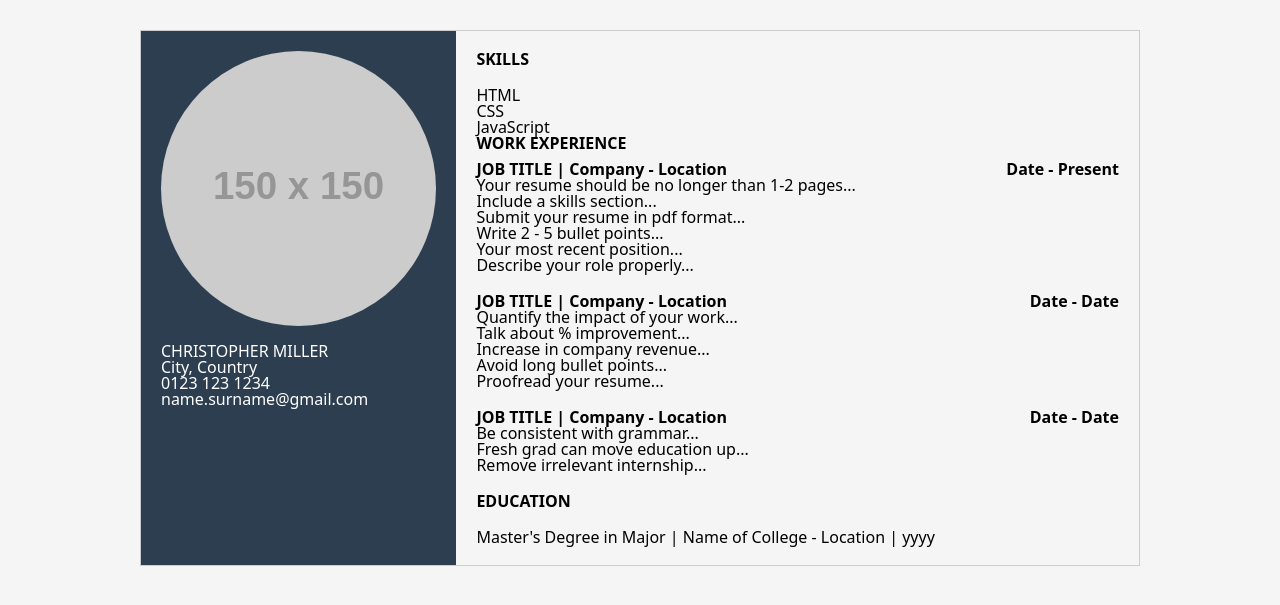
Repository: doanhieu0707/Homework-Day-5
Page: cv-flex.html
These files come from the project's save history. The page is drawn as it stood at one moment and after the next save; the edit follows.
The browser window is 1280 px wide. The pictures show the whole page.

Above is the page before, as saved 2026-04-22 14:42:24.

After the next save:
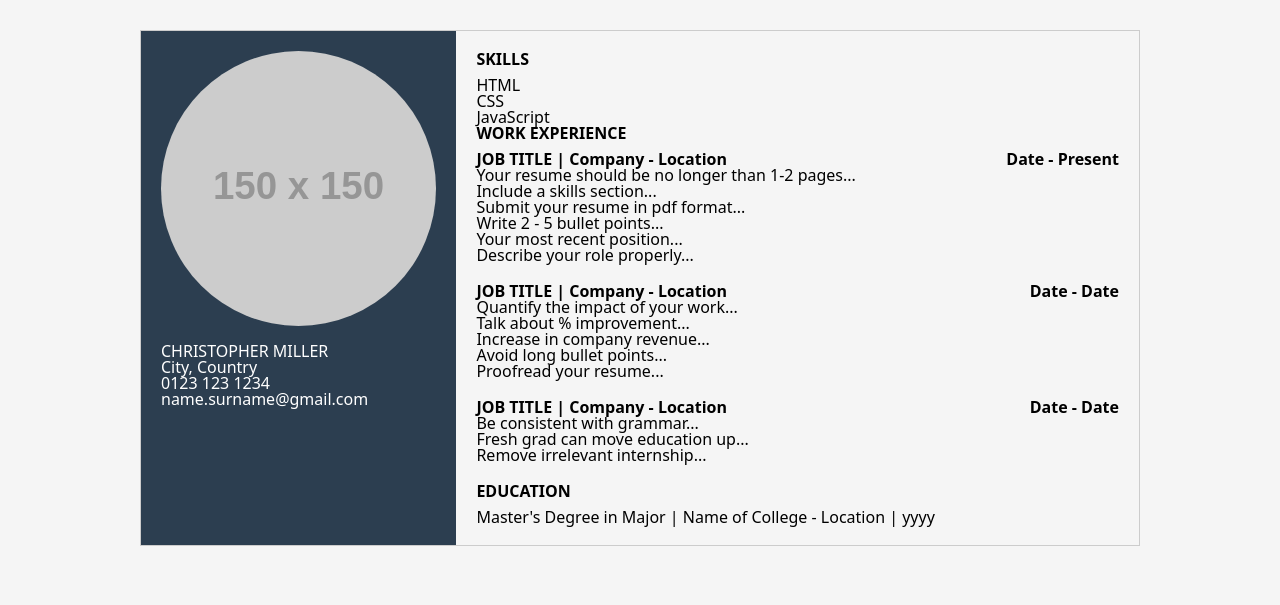
Saved 8 s later.
--- a/css/style.css
+++ b/css/style.css
@@ -60,7 +60,7 @@ body {
 }
 
 h2 {
-    margin-bottom: 20px;
+    margin-bottom: 10px;
     font-weight: 700;
 }
 
